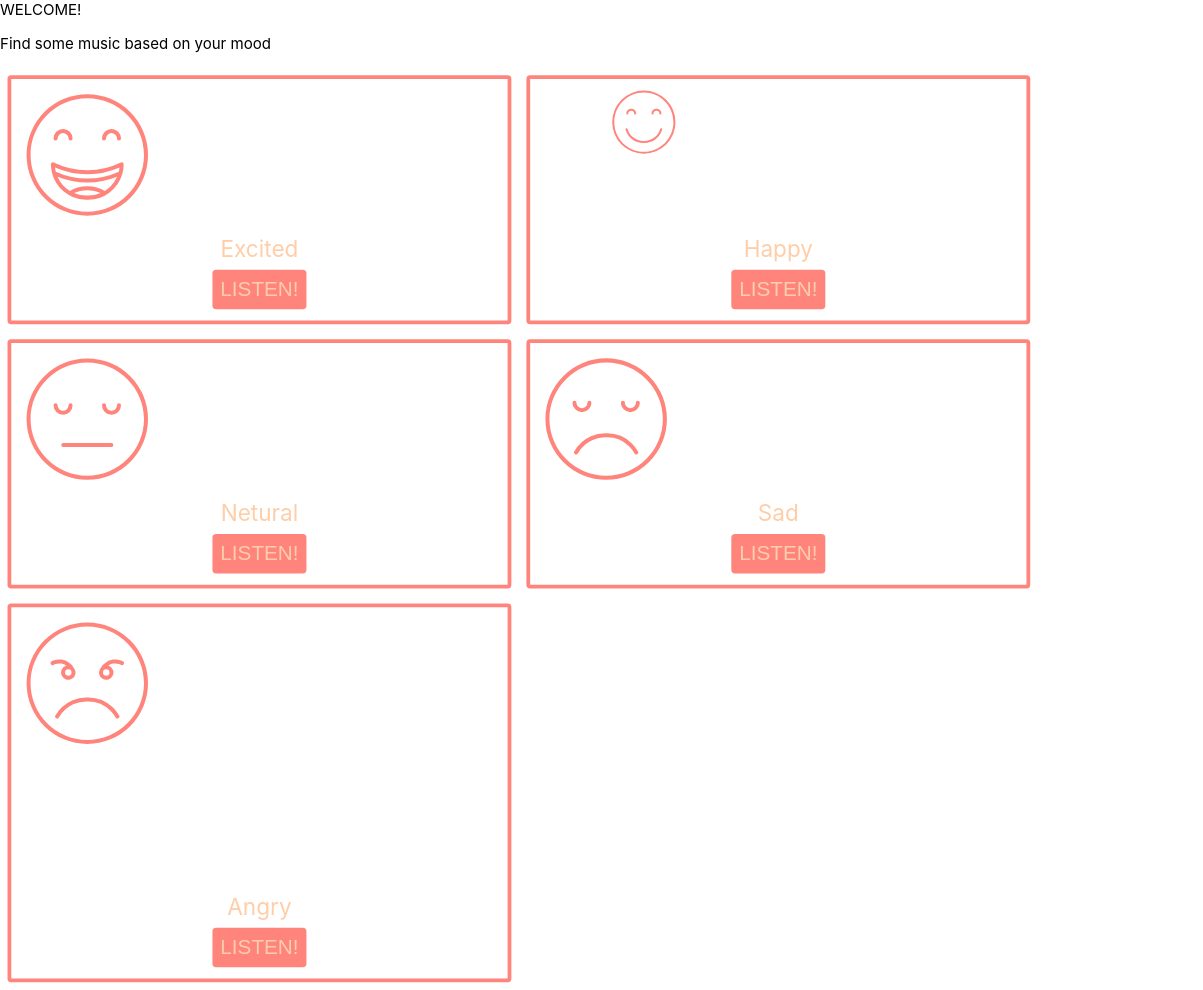
Repository: majakesin/moodify-app
Page: /
An editor plug-in stored every save of this project. The page is shown before and after the next save, followed by the edit.
The browser window is 1280 px wide. The pictures show the whole page, at 94% of full size.
The project was rebuilt for these pictures with package versions that can differ from the ones it lists, and the page was loaded fresh each time.

Above is the page before, as saved 2023-08-21 13:08:59.

After the next save:
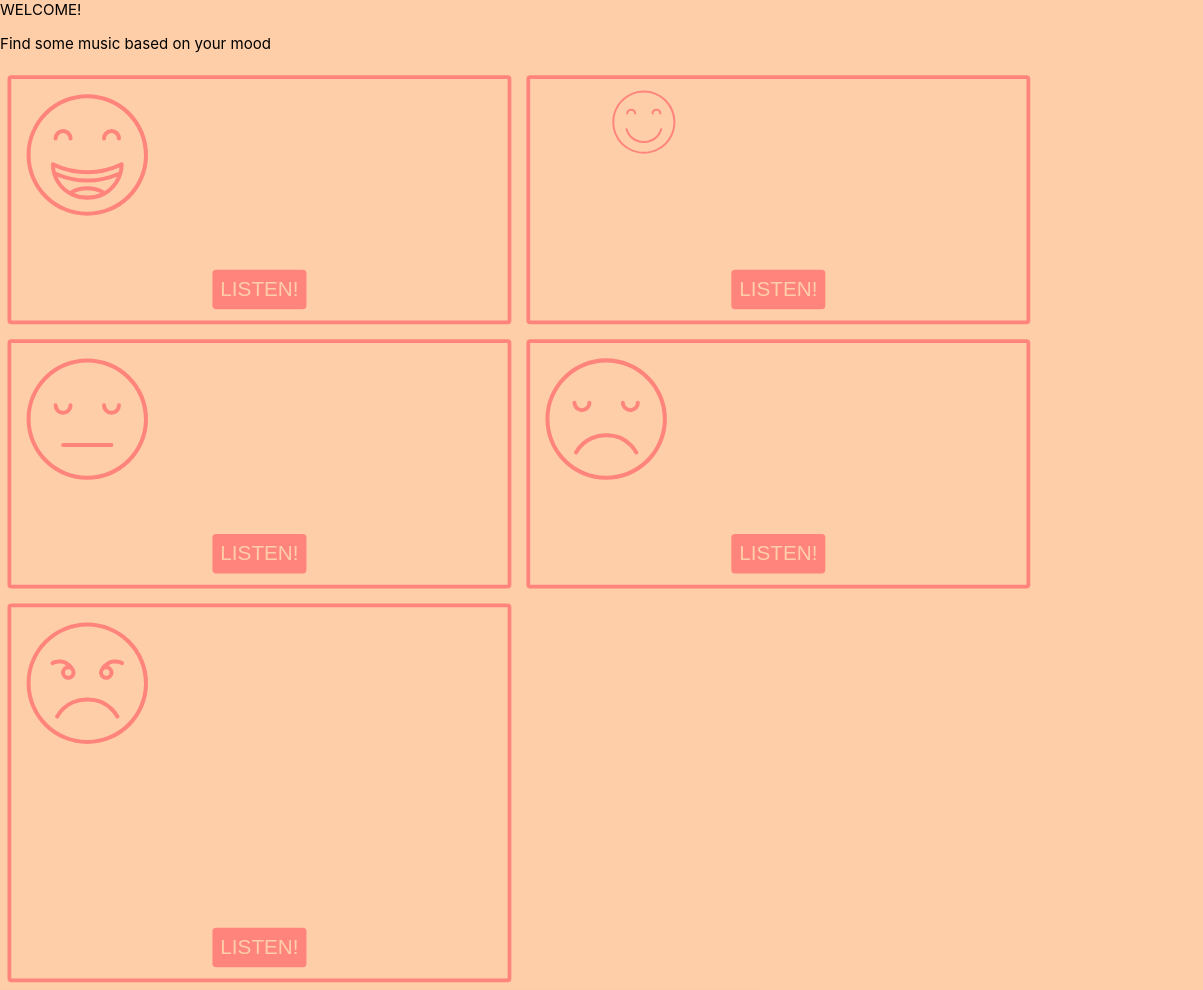
Saved 78 s later.
--- a/src/App.css
+++ b/src/App.css
@@ -1,5 +1,9 @@
 @import '../src//styles/variables.css';
 
+
+body {
+  background-color: var(--fourth-color);
+}
 button {
   border: none;
   border-radius: 4px;
